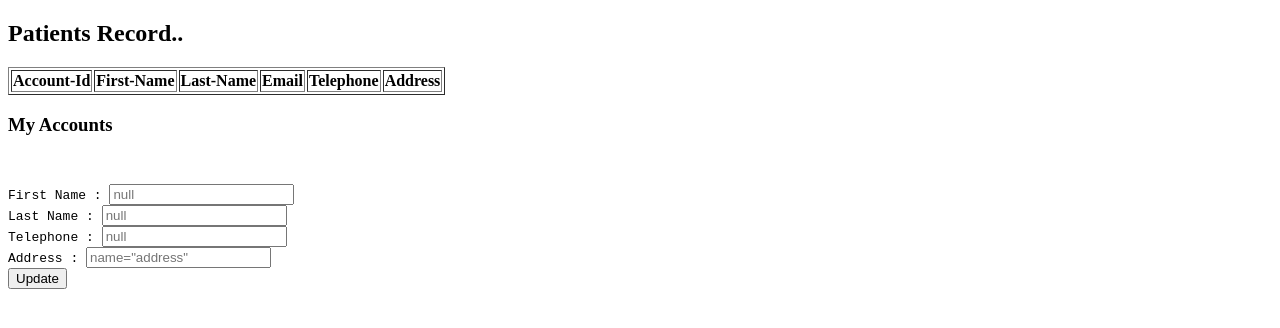
Repository: anujsoni10001/JSP-Servlet
Page: http://localhost/Minor/staff-patient.jsp
These files come from the project's save history. The page is drawn as it stood at one moment and after the next save; the edit follows.
The browser window is 1280 px wide. The pictures show the whole page.
The page is served by Tomcat 9. Other server files are loaded and not shown. Queries for data that is not in the repository find no rows.

Above is the page before, as saved 2019-03-23 05:31:56.

### FinalProject/minor - Copy/Minor/WebContent/staff-patient.jsp
<%
RequestDispatcher rd=request.getRequestDispatcher("patientrecord.jsp");
rd.include(request,response);
RequestDispatcher rd1=request.getRequestDispatcher("staff-patient2.jsp");
rd1.include(request,response);
%>

### FinalProject/minor - Copy/Minor/WebContent/patientrecord.jsp
<%@page import="pp.RegisteredDao"%>
<%@ page language="java" contentType="text/html; charset=ISO-8859-1"
    pageEncoding="ISO-8859-1"%>
<!DOCTYPE html PUBLIC "-//W3C//DTD HTML 4.01 Transitional//EN" "http://www.w3.org/TR/html4/loose.dtd">
<html>
<head>
<meta http-equiv="Content-Type" content="text/html; charset=ISO-8859-1">
<title>Insert title here</title>
</head>
<h2>Patients Record..</h2>
<body>
<%
pp.RegisteredDao rd=new RegisteredDao();
java.util.ArrayList<pp.PatientAccountBean> a1=rd.ShowallPatient();
%>
<table border=1>
<tr>
<th>Account-Id</th>
<th>First-Name</th>
<th>Last-Name</th>
<th>Email</th>
<th>Telephone</th>
<th>Address</th>
</tr>
<%
for(pp.PatientAccountBean p:a1)
{
%>
<tr>
<td><%=p.getAccountId()%></td>
<td><%=p.getFirstName()%></td>
<td><%=p.getLastName()%></td>
<td><%=p.getEmail()%></td>
<td><%=p.getTelephone()%></td>
<td><%=p.getAddress()%></td>
<td><a href="staff-patient.jsp?a_id=<%=p.getAccountId()%>&fname=<%=p.getFirstName()%>&lname=<%=p.getLastName()%>&email=<%=p.getEmail()%>&telephone=<%=p.getTelephone()%>&address=<%=p.getAddress()%>">Update</a></td>
<td><a href="delete_patient.jsp?a_id=<%=p.getAccountId()%>">Delete</a></td>
</tr>
<%
}
%>
</table>
</body>
</html>

### FinalProject/minor - Copy/Minor/WebContent/staff-patient2.jsp
<%@page import="pp.PatientAccountBean"%>
<%@page import="pp.RegisteredDao"%>
<%
String a_id=request.getParameter("a_id");
String fname=request.getParameter("fname");
String lname=request.getParameter("lname");
String email=request.getParameter("email");
String telephone=request.getParameter("telephone");
String address=request.getParameter("address");
%>
<%@ page language="java" contentType="text/html; charset=ISO-8859-1"
    pageEncoding="ISO-8859-1"%>
<!DOCTYPE html PUBLIC "-//W3C//DTD HTML 4.01 Transitional//EN" "http://www.w3.org/TR/html4/loose.dtd">
<html>
<head>
<meta http-equiv="Content-Type" content="text/html; charset=ISO-8859-1">
<title>My-Accounts</title>
</head>
<body>
<h3>My Accounts</h3>
<pre>
<form action="UpdateStafPatient">
<input type="hidden" value=<%=a_id%>>
First Name : <input type="text" placeholder=<%=fname%> name="fname">
Last Name : <input type="text" placeholder=<%=lname%> name="lname">
Telephone : <input type="text" placeholder=<%=telephone%> name="telephone">
Address : <input type="text" placeholder= name="address">
<input type="submit" value="Update"/>
</form>
</pre>
</body>
</html>

### FinalProject/minor - Copy/Minor/src/pp/RegisteredDao.java
package pp;
import java.sql.*;
import pp.PatientAccountBean;

public class RegisteredDao {
Connection con;
public Connection getConnect() throws ClassNotFoundException, SQLException
{
Class.forName("com.mysql.cj.jdbc.Driver");
con=DriverManager.getConnection("jdbc:mysql://localhost:3306/minor","root","root");
return con;
}
public java.util.ArrayList<PatientAccountBean> ShowPro(String email) throws ClassNotFoundException, SQLException
{
java.util.ArrayList<PatientAccountBean> a1=new java.util.ArrayList<pp.PatientAccountBean>();
con=getConnect();
String qr="select * from accounts where Email=?";
PreparedStatement ps=con.prepareStatement(qr);
ps.setString(1,email);
ResultSet rs=ps.executeQuery();
while(rs.next())
{
pp.PatientAccountBean p=new pp.PatientAccountBean();
p.setFirstName(rs.getString("FirstName"));
p.setLastName(rs.getString("LastName"));
p.setTelephone(rs.getString("Telephone"));
p.setAddress(rs.getString("Address"));
p.setAccountId(rs.getInt("AccountId"));
a1.add(p);
}
con.close();
return a1;
}
public int update(PatientAccountBean p) throws ClassNotFoundException, SQLException
{
int i=0;
con=getConnect();
///Remember Query///
//update table tablename -XXXX...//
//Wrong Syntax Putted...in the Mid-Sam-Exam//
String qr="update accounts set LastName=?,FirstName=?,Telephone=?,Address=? where Email=?";
PreparedStatement ps=con.prepareStatement(qr);
ps.setString(1,p.getLastName());
ps.setString(2,p.getFirstName());
ps.setString(3,p.getTelephone());
ps.setString(4,p.getAddress());
ps.setString(5,p.getEmail());
i=ps.executeUpdate();
con.close();
return i;
}
public java.util.ArrayList<Doctor> ShowPro() throws ClassNotFoundException, SQLException
{
java.util.ArrayList<Doctor> a1=new java.util.ArrayList<pp.Doctor>();
con=getConnect();
String qr="select * from doctor";
Statement st=con.createStatement();
ResultSet rs=st.executeQuery(qr);
while(rs.next())
{
pp.Doctor p=new pp.Doctor();
p.setDoctorId(rs.getInt("DoctorId"));
a1.add(p);
}
con.close();
return a1;
}
public java.util.ArrayList<Doctor> ShowPro(int id) throws ClassNotFoundException, SQLException
{
java.util.ArrayList<Doctor> a1=new java.util.ArrayList<pp.Doctor>();
con=getConnect();
String qr="select * from doctor,specialty,hospital where doctor.SpecialtyId=specialty.SpecialtyId and DoctorId=? and doctor.HospitalId=hospital.HospitalId";
PreparedStatement ps=con.prepareStatement(qr);
ps.setInt(1,id);
ResultSet rs=ps.executeQuery();
while(rs.next())
{
pp.Doctor p=new pp.Doctor();
p.setDcotorName(rs.getString("DcotorName"));
p.setDescription(rs.getString("Description"));
p.setHospitalName(rs.getString("HospitalName"));
p.setHospitalId(rs.getString("HospitalId"));
p.setYearOfExperience(rs.getInt("YearOfExperience"));
a1.add(p);
}
con.close();
return a1;
}
public int addPro(pp.Appointment a) throws ClassNotFoundException, SQLException
{
int i=0;
con=getConnect();
 ///Remember Query///
//insert table tablename -XXXX...Wrong//
//Wrong Syntax Putted...in the Mid-Sam-Exam//
String qr="insert into Appointment(DoctorId,HospitalId,Date,BookedbyAccountId,Status) values(?,?,?,?,?)";
PreparedStatement ps=con.prepareStatement(qr);
ps.setString(1,a.getDoctorId());
ps.setString(2,a.getHospitalId());
ps.setString(3,a.getDate());
ps.setInt(4,a.getAppointmentId());
ps.setString(5,a.getStatus());
i=ps.executeUpdate();
con.close();
return i;
}
public java.util.ArrayList<pp.Appointment> ShowAppoint(int bbyid) throws ClassNotFoundException, SQLException
{
java.util.ArrayList<pp.Appointment> a1=new java.util.ArrayList<pp.Appointment>();
con=getConnect();
String qr="select * from Appointment,doctor,Accounts,Hospital where Appointment.DoctorId=doctor.DoctorId and AccountId=BookedByAccountId and doctor.HospitalId=Hospital.HospitalId and BookedbyAccountId=?";
PreparedStatement ps=con.prepareStatement(qr);
ps.setInt(1,bbyid);
ResultSet rs=ps.executeQuery();
while(rs.next())
{
pp.Appointment a=new Appointment();
a.setAppointmentId(rs.getInt("AppointmentId"));
a.setHospitalName(rs.getString("HospitalName"));
a.setDoctorName(rs.getString("DcotorName"));
a.setDate(rs.getString("Date"));
a.setStatus(rs.getString("Status"));
a.setChargesRM(rs.getDouble("ChargesRM"));
a1.add(a);
}
con.close();
return a1;
}
public int updateAppoint(pp.Appointment a) throws ClassNotFoundException, SQLException
{
int i=0;
con=getConnect();
///Remember Query///
//update table tablename -XXXX...//
//Wrong Syntax Putted...in the Mid-Sam-Exam//
String qr="update appointment set DoctorId=?,HospitalId=?,Date=?,BookedbyAccountId=? where AppointmentId=?";
PreparedStatement ps=con.prepareStatement(qr);
ps.setString(1,a.getDoctorId());
ps.setString(2,a.getHospitalId());
ps.setString(3,a.getDate());
ps.setInt(4,a.getBookedbyAccountId());
ps.setInt(5,a.getAppointmentId());
i=ps.executeUpdate();
con.close();
return i;
}
public int delete(Appointment a) throws ClassNotFoundException, SQLException
{
int i=0;
con=getConnect();
///Remember Query///
//delete table tablename -XXXX...Wrong//
//Wrong Syntax Putted...in the Mid-Sam-Exam//
String qr="delete from Appointment where AppointmentId=?";
PreparedStatement ps=con.prepareStatement(qr);
ps.setInt(1,a.getAppointmentId());
i=ps.executeUpdate();
con.close();
return i;
}
public boolean VerifyCard(Creditcard c) throws ClassNotFoundException, SQLException
{
con=getConnect();
String qr="select * from creditcard where CardNo=? and ExpiryDate=? and SecurityCode=? and CardType=?";

PreparedStatement ps=con.prepareStatement(qr);
ps.setString(1,c.getCardNo());
ps.setString(2,c.getExpiryDate());
ps.setString(3,c.getSecurityCode());
ps.setString(4,c.getCardType());
ResultSet rs=ps.executeQuery();
if(rs.next())
{
con.close();
return true;
}
else
{
con.close();
return false;
}
}
public int updateAppointStatus(pp.Appointment a) throws ClassNotFoundException, SQLException
{
int i=0;
con=getConnect();
///Remember Query///
//update table tablename -XXXX...//
//Wrong Syntax Putted...in the Mid-Sam-Exam//
String qr="update appointment set Status=? where AppointmentId=?";
PreparedStatement ps=con.prepareStatement(qr);
ps.setString(1,a.getStatus());
ps.setInt(2,a.getAppointmentId());
i=ps.executeUpdate();
con.close();
return i;
}
public java.util.ArrayList<pp.Appointment> ShowCompletedAppoint(int bbyid) throws ClassNotFoundException, SQLException
{
java.util.ArrayList<pp.Appointment> a1=new java.util.ArrayList<pp.Appointment>();
con=getConnect();
String qr="select * from Appointment,doctor,Accounts,Hospital where Appointment.DoctorId=doctor.DoctorId and AccountId=BookedByAccountId and doctor.HospitalId=Hospital.HospitalId and BookedbyAccountId=? and Status='Completed'";
PreparedStatement ps=con.prepareStatement(qr);
ps.setInt(1,bbyid);
ResultSet rs=ps.executeQuery();
while(rs.next())
{
pp.Appointment a=new Appointment();
a.setAppointmentId(rs.getInt("AppointmentId"));
a.setHospitalName(rs.getString("HospitalName"));
a.setDoctorName(rs.getString("DcotorName"));
a.setDate(rs.getString("Date"));
a.setStatus(rs.getString("Status"));
a.setChargesRM(rs.getDouble("ChargesRM"));
a1.add(a);
}
con.close();
return a1;
}
public int addPro(pp.Rating r) throws ClassNotFoundException, SQLException
{
int i=0;
con=getConnect();
 ///Remember Query///
//insert table tablename -XXXX...Wrong//
//Wrong Syntax Putted...in the Mid-Sam-Exam//
String qr="insert into rating values(?,?)";
PreparedStatement ps=con.prepareStatement(qr);
ps.setString(1,r.getAppointmentId());
ps.setInt(2,r.getConsultationRating());
i=ps.executeUpdate();
con.close();
return i;
}
public java.util.ArrayList<pp.Hospital> ShowHospital() throws ClassNotFoundException, SQLException
{
java.util.ArrayList<Hospital> a1=new java.util.ArrayList<pp.Hospital>();
con=getConnect();
String qr="select * from hospital";
Statement st=con.createStatement();
ResultSet rs=st.executeQuery(qr);
while(rs.next())
{
pp.Hospital h=new pp.Hospital();
h.setHospitalName(rs.getString("HospitalName"));
a1.add(h);
}
con.close();
return a1;
}
public java.util.ArrayList<pp.Hospital> ShowHospitalId(String HospitalName) throws ClassNotFoundException, SQLException
{
java.util.ArrayList<Hospital> a1=new java.util.ArrayList<pp.Hospital>();
con=getConnect();
String qr="select * from hospital where HospitalName=?";
PreparedStatement ps=con.prepareStatement(qr);
ps.setString(1,HospitalName);
ResultSet rs=ps.executeQuery();
while(rs.next())
{
pp.Hospital h=new pp.Hospital();
h.setHospitalId(rs.getString("HospitalId"));
a1.add(h);
}
con.close();
return a1;
}
public int addStaff(pp.Staff s) throws ClassNotFoundException, SQLException
{
int i=0;
con=getConnect();
 ///Remember Query///
//insert table tablename -XXXX...Wrong//
//Wrong Syntax Putted...in the Mid-Sam-Exam//
String qr="insert into staff values(?,?,?,?,?,?,?,?,?,?)";
PreparedStatement ps=con.prepareStatement(qr);
ps.setInt(1,s.getStaffId());
ps.setString(2,s.getEmail());
ps.setString(3,s.getPassword());
ps.setString(4,s.getFirstName());
ps.setString(5,s.getLastName());
ps.setString(6,s.getICNumber());
ps.setString(7,s.getTelephone());
ps.setString(8,s.getAddress());
ps.setString(9,s.getPosition());
ps.setString(10,s.getHospitalId());
i=ps.executeUpdate();
con.close();
return i;
}
public java.util.ArrayList<PatientAccountBean> ShowallPatient() throws ClassNotFoundException, SQLException
{
java.util.ArrayList<PatientAccountBean> a1=new java.util.ArrayList<pp.PatientAccountBean>();
con=getConnect();
String qr="select * from accounts";
Statement st=con.createStatement();
ResultSet rs=st.executeQuery(qr);
while(rs.next())
{
pp.PatientAccountBean p=new pp.PatientAccountBean();
p.setFirstName(rs.getString("FirstName"));
p.setLastName(rs.getString("LastName"));
p.setTelephone(rs.getString("Telephone"));
p.setAddress(rs.getString("Address"));
p.setAccountId(rs.getInt("AccountId"));
p.setEmail(rs.getString("Email"));
a1.add(p);
}
con.close();
return a1;
}
public int updateStaffPatient(PatientAccountBean p) throws ClassNotFoundException, SQLException
{
int i=0;
con=getConnect();
///Remember Query///
//update table tablename -XXXX...//
//Wrong Syntax Putted...in the Mid-Sam-Exam//
String qr="update accounts set LastName=?,FirstName=?,Telephone=?,Address=?,Email=? where AccountId=?";
PreparedStatement ps=con.prepareStatement(qr);
ps.setString(1,p.getLastName());
ps.setString(2,p.getFirstName());
ps.setString(3,p.getTelephone());
ps.setString(4,p.getAddress());
ps.setString(5,p.getEmail());
i=ps.executeUpdate();
con.close();
return i;
}
}

After the next save:
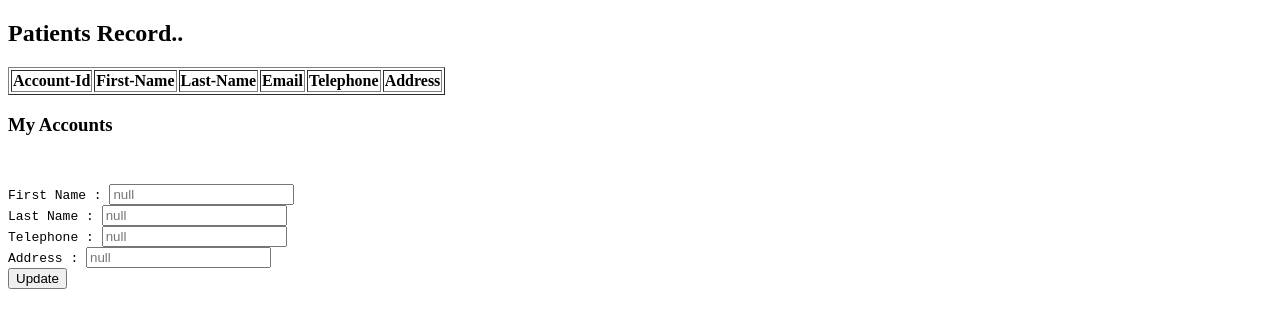
Saved 18 s later.
--- a/FinalProject/minor - Copy/Minor/WebContent/staff-patient2.jsp
+++ b/FinalProject/minor - Copy/Minor/WebContent/staff-patient2.jsp
@@ -24,7 +24,7 @@ String address=request.getParameter("address");
 First Name : <input type="text" placeholder=<%=fname%> name="fname">
 Last Name : <input type="text" placeholder=<%=lname%> name="lname">
 Telephone : <input type="text" placeholder=<%=telephone%> name="telephone">
-Address : <input type="text" placeholder= name="address">
+Address : <input type="text" placeholder=<%=address%> name="address">
 <input type="submit" value="Update"/>
 </form>
 </pre>
